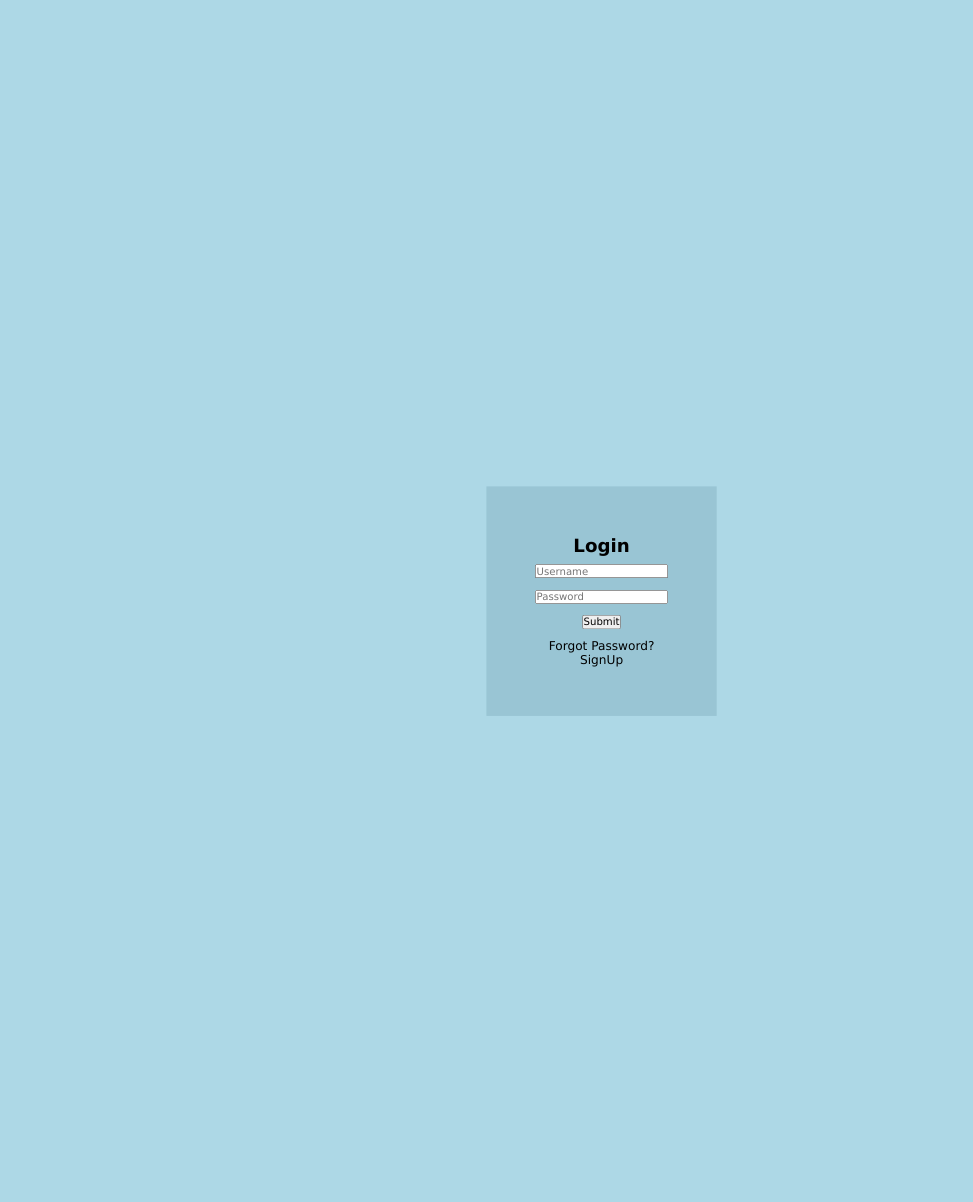
Repository: busra-kayaa/LoginPage
Page: login.html
An editor plug-in stored every save of this project. The page is shown before and after the next save, followed by the edit.
The browser window is 1280 px wide. The pictures show the whole page, at 76% of full size.

Above is the page before, as saved 2023-12-28 20:37:24.

### login.html
<!DOCTYPE html>
<html>
    <head>
        <title>Login Page</title>
        <link rel="stylesheet" href="./style.css" type="text/css"/>
    </head>
    <body>
        <div class="login-from-container">
            <h2>Login</h2>
            <div class="input-group">
                <i class="fa fa-user"></i>
                <input
                    type="text"
                    placeholder="Username"
                    class="input-text"
                    autocomplete="off"
                />
            </div>
            <div class="input-group">
                <i class="fa fa-unclok-alt"></i>
                <input
                    type="password"
                    placeholder="Password"
                    class="input-text"
                    autocomplete="off"
                />
            </div>
            <div class="subgroup">
                <div class="button-group" id="login-button">
                    <button onclick="alert('Bilgileriniz Başarıyla Alınmıştır.')">Submit</button>
                </div>
                <div class="footer">
                    <a>Forgot Password?</a>
                    <a>SignUp</a>
                </div>
            </div>
        </div>
    </body>
</html>

### style.css

*{
    font-family:Verdana, Geneva, Tahoma, sans-serif;
    margin: 0px;
    padding: 0px;
}
body {
    background-color: lightblue;
    color: black;
    display: flex;
    flex-direction: row;
    align-items: center;
    font-size: 100%;
}

.login-from-container {
    background-color: rgb(153, 197, 212);
    display: flex;
    flex-direction: column;
    justify-content: center;
    align-items: center;
    text-align: center;
    padding: 5%;
    margin: 50%;
}
.input-group {
    margin-top: 5%;
    margin-bottom: 3%;
}
.button-group {
    display: flex;
    justify-content: center;
    align-items: center;
    margin: 5%;
}
.subgroup {
}
.footer {
    gap: 20px;
    margin-top: 7%;
    font-size:%20;
}

After the next save:
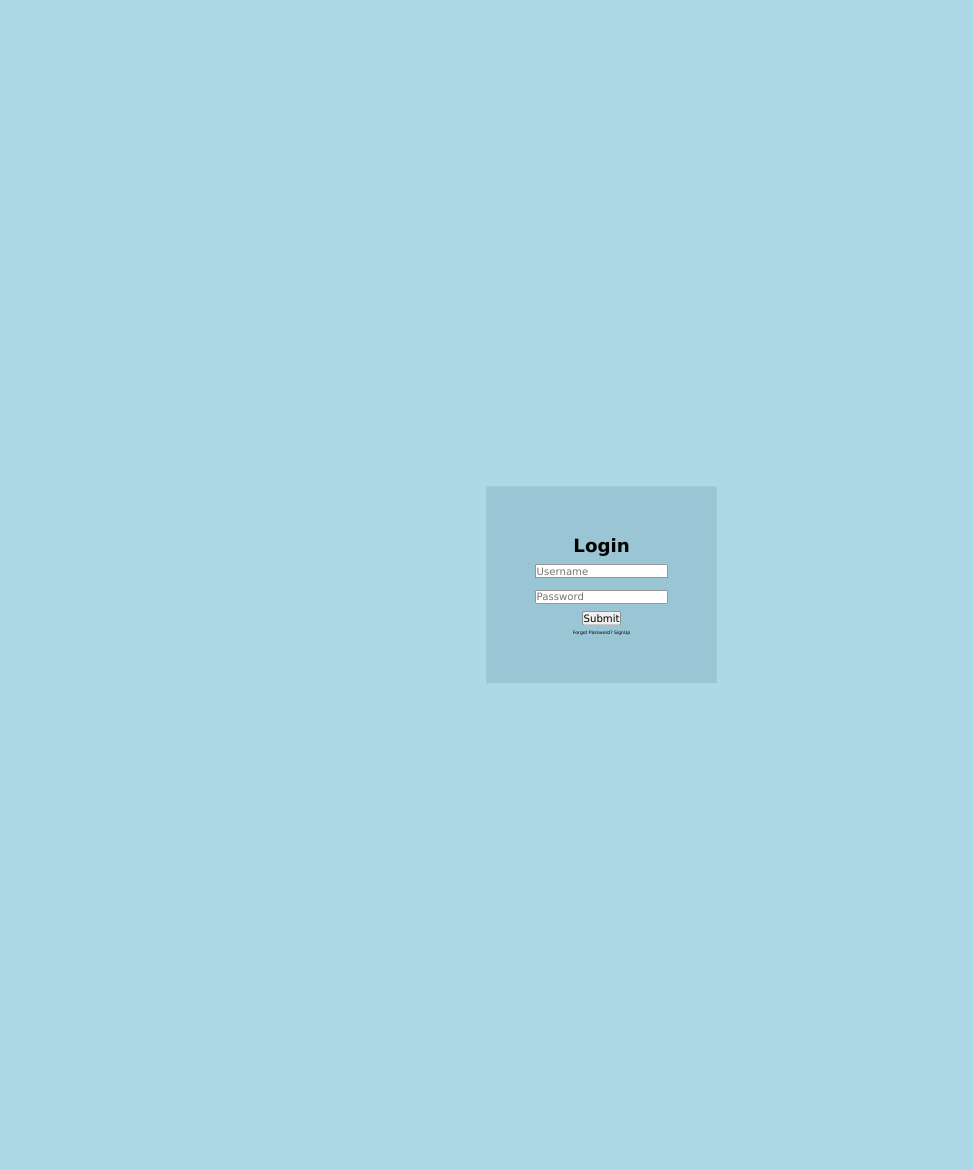
Saved 11 s later.
--- a/style.css
+++ b/style.css
@@ -38,5 +38,5 @@ body {
 .footer {
     gap: 20px;
     margin-top: 7%;
-    font-size:%20;
+    font-size: 20%;
 }
